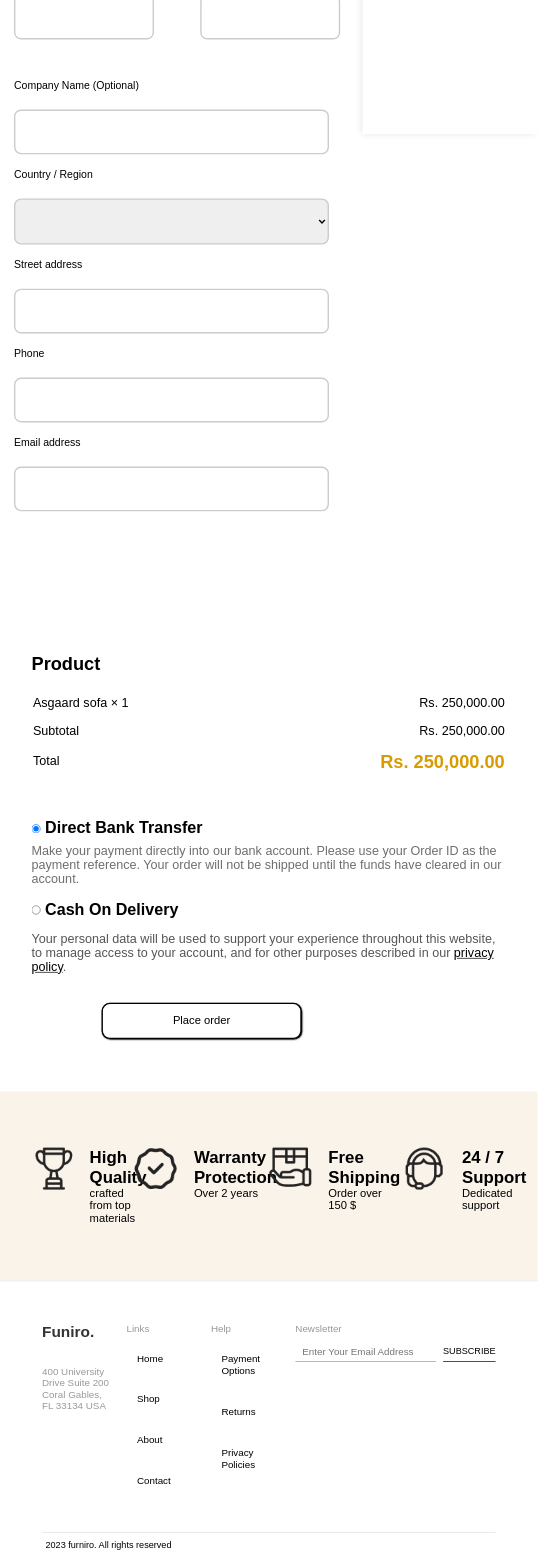
Repository: Ali1Kh/Furniro-ITI
Page: pages/checkout.html
An editor plug-in stored every save of this project. The page is shown before and after the next save, followed by the edit.
The browser window is 768 px wide. The pictures show the part of the page from y = 608 to 2848 px (the page is 2848 px tall before and 2838 px after), at 70% of full size.

Above is the page before, as saved 2025-07-19 20:49:30.

After the next save:
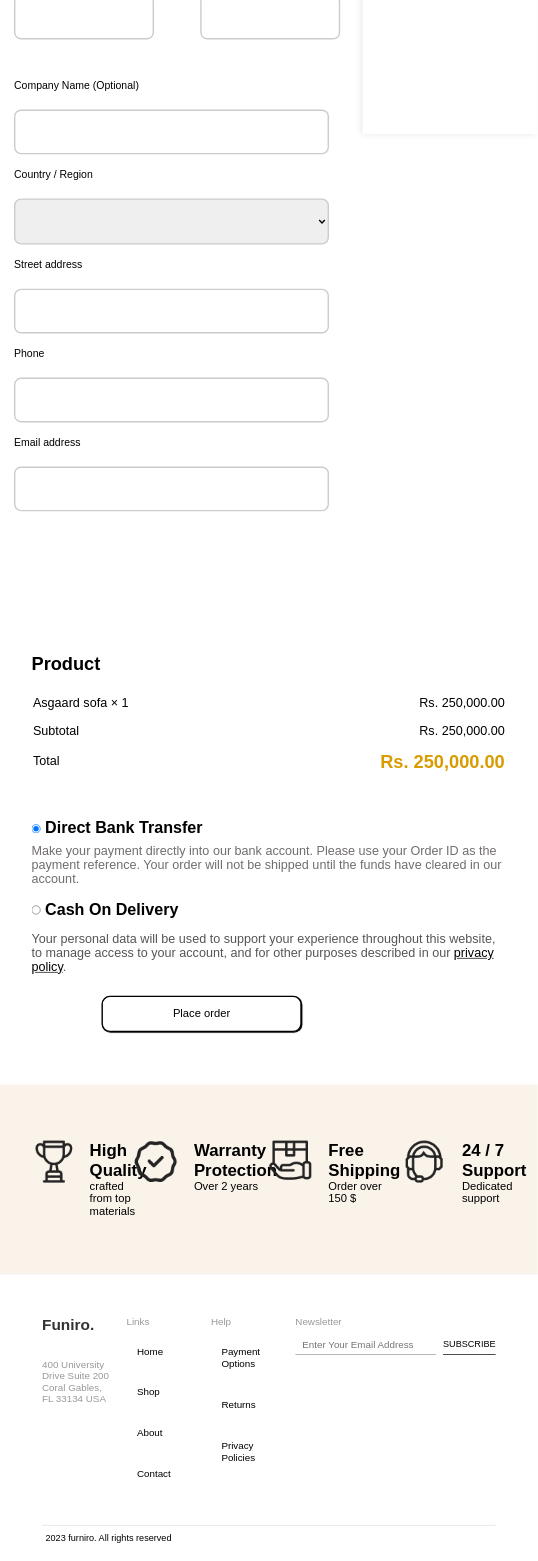
Saved 5 s later.
--- a/styles/checkout.css
+++ b/styles/checkout.css
@@ -221,7 +221,7 @@ form select {
   color: black;
 }
 
-/* .btn {
+.btn {
   padding: 15px 100px;
   background: #fff;
   border: 2px solid black;
@@ -231,20 +231,6 @@ form select {
   margin-left: 100px;
   margin-top: 10px;
   box-shadow: 1px 1px 1px black;
-} */
-
-
-
-
-.btn {
-  width: 100%;
-  padding: 15px;
-  background: #fff;
-  border: 2px solid black;
-  border-radius: 12px;
-  font-size: 16px;
-  margin-top: 20px;
-  box-shadow: 1px 1px 2px black;
 }
 
 .btn:hover {
@@ -395,10 +381,9 @@ form select {
    .form, .table {
     flex: 1 1 48%;
   }
-
-    .btn {
-    width: auto;
-    padding: 15px 100px;
-    margin-left: 100px;
-  }
-}
+}
+
+
+@media (min-width: 768px) {
+
+}
